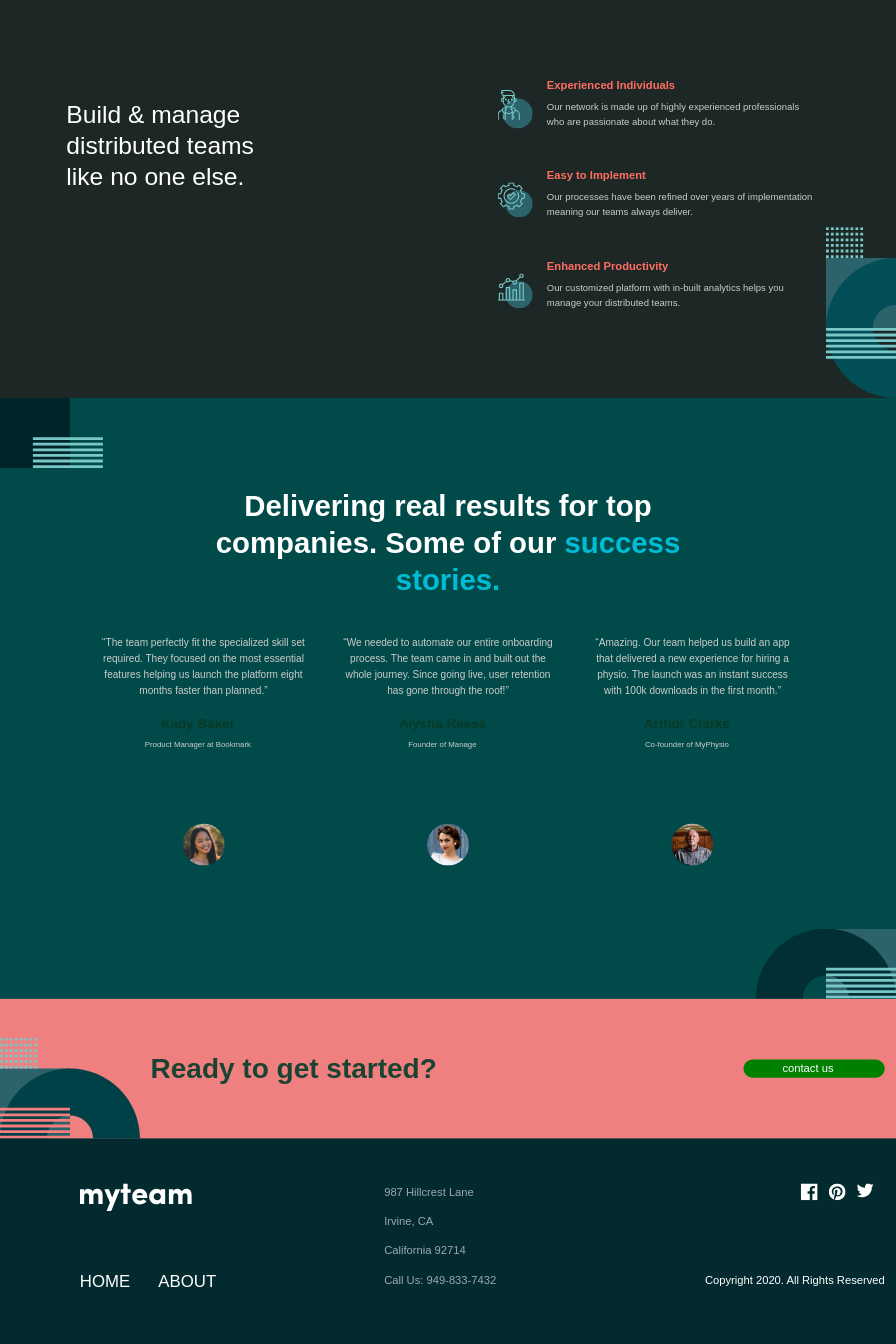
Repository: Gabriel221-dev/Project-page-main
Page: /
These files come from the project's save history. The page is drawn as it stood at one moment and after the next save; the edit follows.
The browser window is 1280 px wide. The pictures show the part of the page from y = 692 to 2612 px (the page is 2612 px tall), at 70% of full size.
The project was rebuilt for these pictures with package versions that can differ from the ones it lists, and the page was loaded fresh each time. Also part of the build but not shown: vite.config.js, src/pages/About.css, src/components/DirectorCard.css, src/components/DirectorCard.jsx, src/pages/About.jsx, src/pages/Contact.css, src/pages/Contact.jsx.

Above is the page before, as saved 2024-07-23 18:19:35.

### src/App.jsx
import { BrowserRouter as Router, Route, Routes } from "react-router-dom";
import Home from "./pages/Home";
import About from "./pages/About";
import Contact from "./pages/Contact";
import Header from "./components/Header";
import Footer from "./components/Footer";
import "./styles/global.css";

const App = () => {
  return (
    <Router>
      <Header />
      <main>
        <Routes>
          <Route path="/" element={<Home />} />
          <Route path="/about" element={<About />} />
          <Route path="/contact" element={<Contact />} />
        </Routes>
      </main>
      <Footer />
    </Router>
  );
};

export default App;

### src/components/Header.jsx
import { useState } from "react";
import { NavLink } from "react-router-dom";
import { FaBars } from "react-icons/fa";
import Sidebar from "./Sidebar";
import "./Header.css";
import { IconContext } from "react-icons";

const Header = () => {
  const [isSidebarToggled, setSidebarToggled] = useState(false);

  const handleToggle = () => {
    setSidebarToggled((prev) => !prev);
  };

  return (
    <>
      <IconContext.Provider value={{ color: "#fff" }}>
        <header className="header">
          <nav className="header__nav">
            <NavLink className="header__brand" to="/">
              <img
                className="header__logo"
                src="/Imagez/logo.svg"
                alt="Logo"
                loading="eager"
                width="160"
              />
            </NavLink>

            <ul className="header__navigation">
              <li className="header__link">
                <NavLink
                  className={({ isActive }) =>
                    isActive
                      ? "header__anchor header__anchor--active"
                      : "header__anchor"
                  }
                  to="/"
                >
                  home
                </NavLink>
              </li>
              <li className="header__link">
                <NavLink
                  className={({ isActive }) =>
                    isActive
                      ? "header__anchor header__anchor--active"
                      : "header__anchor"
                  }
                  to="/about"
                >
                  about
                </NavLink>
              </li>

              <NavLink className="header__btn" to="/contact">
                contact us
              </NavLink>
            </ul>

            <button
              className="header__menu"
              title="Toggle Menu"
              onClick={handleToggle}
            >
              <FaBars />
            </button>
          </nav>
          <Sidebar isOpen={isSidebarToggled} onToggle={handleToggle} />
        </header>
      </IconContext.Provider>
    </>
  );
};

export default Header;

### src/styles/global.css
/* Reset some default browser styles */
* {
    margin: 0;
    padding: 0;
    box-sizing: border-box;
  }

  body {
    font-family: 'Arial', sans-serif;
    line-height: 1.6;
    color: #333;
    background-color: #004953;
    margin: 0;
    padding: 0;
  }

  /* Headings */
  h1, h2, h3, h4, h5, h6 {
    margin-bottom: 1rem;
    line-height: 1.25;
  }

  h1 {
    font-size: 2.5rem;
  }

  h2 {
    font-size: 2rem;
  }

  h3 {
    font-size: 1.75rem;
  }

  h4 {
    font-size: 1.5rem;
  }

  h5 {
    font-size: 1.25rem;
  }

  h6 {
    font-size: 1rem;
  }

  /* Paragraphs */
  p {
    margin-bottom: 1rem;
  }

  /* Links */
  a {
    color: #007BFF;
    text-decoration: none;
  }

  a:hover {
    text-decoration: underline;
  }

  /* Images */
  img {
    max-width: 100%;
    height: auto;
  }

  /* Forms */
  input, textarea, button {
    font-family: inherit;
    font-size: inherit;
  }

  input, textarea {
    width: 100%;
    padding: 0.5rem;
    margin-bottom: 1rem;
    border: 1px solid #ccc;
    border-radius: 4px;
  }

  button {
    padding: 0.5rem 1rem;
    background-color: #007BFF;
    color: #fff;
    border: none;
    border-radius: 4px;
    cursor: pointer;
  }

  button:hover {
    background-color: #0056b3;
  }

  /* Utility Classes */
  .container {
    max-width: 1200px;
    margin: 0 auto;
    padding: 0 1rem;
  }

  .text-center {
    text-align: center;
  }

  .mt-1 {
    margin-top: 1rem;
  }

  .mb-1 {
    margin-bottom: 1rem;
  }

  .mt-2 {
    margin-top: 2rem;
  }

  .mb-2 {
    margin-bottom: 2rem;
  }

  .mt-3 {
    margin-top: 3rem;
  }

  .mb-3 {
    margin-bottom: 3rem;
  }

  .mt-4 {
    margin-top: 4rem;
  }

  .mb-4 {
    margin-bottom: 4rem;
  }

  .mt-5 {
    margin-top: 5rem;
  }

  .mb-5 {
    margin-bottom: 5rem;
  }

### src/components/ContactBanner.jsx
import { Link } from "react-router-dom";
import "./ContactBanner.css";

const ContactBanner = () => {
  return (
    <div className="banner">
      <div className="banner__content">
        <h1 className="banner__title">Ready to get started?</h1>
        <Link to="/contact" className="banner__btn">
          contact us
        </Link>
      </div>
    </div>
  );
};

export default ContactBanner;

### src/pages/Home.css
/* Variables */
:root {
    --midnight-green: #004d40;
    --light-coral: #ff6f61;
    --rapture-blue: #00bcd4;
    --deep-jungle-green: #002b22;
    --sacramento-state-green: #003b36;
  }

  /* Main styles */
  /* .home {
    padding: 10px;
  } */

  .find {

    display: flex;
    align-items: center;
    justify-content: center;
    padding: 50px 0;
    position: relative;
    background-image: url('/Imagez/bg-pattern-home-1.svg');
    background-repeat: no-repeat;
    background-position: left -100px top 56px;
  }

  @media only screen and (max-width: 768px) {
    .find {
      background-image: none;
    }
  }

  .find__content {
    display: flex;
    flex-direction: row;
    align-items: center;
    justify-content: center;
    text-align: left;
    color: white;
    background-image:url('/Imagez/bg-pattern-home-2.svg');
    background-repeat: no-repeat;
    background-position: right bottom ;
  }

  @media only screen and (max-width: 768px) {
    .find__content {
      flex-direction: column;
    }
  }

  .find__title {
    font-size: 6.8rem;
    margin-bottom: 4rem;
    padding-left: 2rem;
    padding-bottom: 3rem;
    flex: 1;
    max-width: 700px;
  }

  @media only screen and (max-width: 768px) {
    .find__title {
      text-align: center;
      margin: 0 auto;
      font-size: 2rem;
    }
  }

  .find__title--coral {
    color: var(--light-coral);
  }

  .find__description {
    font-size: 1rem;
    padding: 2rem 0.5rem;
    margin: 1rem 0.5rem;
    max-width: 420px;
    flex: 1;
  }

  @media only screen and (max-width: 768px) {
    .find__description {
      text-align: center;
      margin: 0 auto;
      font-size: 1rem;
    }
  }

  .build {
    background-color: #1c2726;
    padding: 50px 0;
    display: flex;
    height: 100%;
    align-items: center;
    justify-content: center;
    position: relative;
    background-image: url('/Imagez/bg-pattern-home-3.svg');
    background-repeat: no-repeat;
    background-position: right -100px bottom;
  }

  @media only screen and (max-width: 768px) {
    .build {
      background-position: right -100px top;
      flex-direction: column;
    }
  }

  .build__content {
    display: flex;
    flex-direction: row;
    align-items: flex-start;
    justify-content: space-between;
    max-width: 1200px;
    width: 100%;
    margin-top: 1rem;
    padding: 1.8rem;
  }

  @media only screen and (max-width: 768px) {
    .build__content {
      flex-direction: column;
    }
  }

  .build__title {
    font-size: 2.2rem;
    color: #fff;
    margin: 10px -24px;
    flex: 1;
    max-width: 420px;
    padding: 50px;
    text-align: left;
    font-weight: 200;
  }

  @media only screen and (max-width: 768px) {
    .build__title {
      margin-bottom: 20px;
      text-align: left;
      padding: 1rem;
      width: 250px;
      font-size: 2rem;
      text-align: left;
      justify-content: flex-start;
    }
  }

  .build__items {
    font-size: 0.5rem;
    display: flex;
    flex-direction: column;
    flex: 1;
    margin: 10px 50px;
    max-width: 450px;
  }

  @media only screen and (max-width: 768px) {
    .build__items {
      max-width: 100%;
    }
  }

  .build__item {
    display: flex;
    align-items: center;
    margin: 20px 0;
    text-align: left;
  }

  @media only screen and (max-width: 768px){
    .build__item{
      flex-direction: column;
      align-items: center;
    }
  }

  .build__icon {
    width: 50px;
    margin-right: 20px;

  }

  @media only screen and (max-width: 768px) {
    .build__icon {
      margin-bottom: 10px; /* Space between icon and text */
    }
  }

  .build__text h3 {
    font-size: 1rem;
    color: #ff6f61;
    font-weight: bold;
    margin-bottom: 10px;
  }

  @media screen and (max-width:768px){
    .build__text h3{
      padding: 1rem;
      font-size: 1rem;
      text-align: center;

    }
  }

  .build__text p {
    font-size: 0.85rem;
    color: #ccc;
    margin-top: 0;
  }

  @media screen and (max-width:768px){
    .build__text p{
      padding-bottom: .5rem;
      font-size: .8rem;
      width: 340px;
      text-align: center;
    }
  }

  .delivering {
    background-color: #004b49;
    padding: 50px 0px;
    position: relative;
    background-image:url(/Imagez/bg-pattern-home-4-about-3.svg), url(/Imagez/bg-pattern-home-5.svg);
    background-repeat: no-repeat;
    background-position: left top, right bottom;
    width: auto;
  }

  .delivering__content {
    text-align: center;
    max-width: 1000px;
    margin: 0 auto;
    grid-column: center-start / center-end;
    grid-row: 2 / 3;
    display: grid;
    grid-template-rows: 140px repeat(2, auto) 140px;
  }

  @media only screen and (max-width: 768px) {
    .delivering__content {
      grid-template-rows: 100px repeat(2, auto) 100px;
    }
  }

  .delivering__title {
    font-size: 41.9px;
    font-weight: bold;
    color: #fff;
    text-align: center;
    max-width: 49.5rem;
    height: 170px;
    margin-left: auto;
    margin-right: auto;
    margin-top: 79px;
    /* background-color:greenyellow; */
  }

  @media only screen and (max-width: 768px) {
    .delivering__title {
      margin-top: 4.8rem;
      font-size: 1.9rem;
      display: block;
      max-width: 550px;
      margin-bottom: 60px;
      padding: 1.5rem;
    }
  }

  .delivering__title--rapture-blue {
    color: var(--rapture-blue);
  }

  .delivering__quotes {
    justify-content: center;
    grid-row: 3 / 4;
    display: grid;
    grid-template-columns: repeat(3, 1fr);
    column-gap: 3rem;
    margin-top: 2rem;
    height: 350px;
    max-width: 1000px;
    margin-top: 8rem;
  }

  @media only screen and (max-width: 768px) {
    .delivering__quotes {
      grid-template-columns: 1fr;
      grid-template-rows: repeat(3, min-content);
      column-gap: 0;
      row-gap: 2.5rem;
      padding: 2.5rem;
      margin-top: 6.8rem;
    }
  }

  .delivering__quote {
    text-align: center;
    display: flex;
    flex-direction: column;
    justify-content: space-between;
    height: 100%;
        margin-left: auto;
    margin-right: auto;
  }

  .delivering__quote p {
    font-size: .9rem;
    color: #ccc;
    display: -webkit-box;
    -webkit-box-orient: vertical;
    -webkit-line-clamp: 4;
    overflow: hidden;
    text-overflow: ellipsis;
    margin-top: 20px;
  }

  .delivering__quote h3 {
    font-size: 1.2rem;
    color: #083a26;
    margin:-8rem 2rem -3rem 1rem;
  }

  .delivering__quotes .name__tag {
    font-size: .7rem;
    margin:-5rem 1rem -2rem 0rem;
  }

  .delivering__quote img {
    width: 60px;
    height: 60px;
    border-radius: 50%;
    align-self: center;
    margin: 0rem ;
  }


  @media only screen and (max-width: 768px) {
    .delivering__quotes {
      grid-template-columns: 1fr;
      grid-template-rows: repeat(3, min-content);
      column-gap: 0;
      row-gap: 2.5rem;
      padding: 2.5rem;
      height: auto
    }

    .delivering__quote {
      height: auto; /* Adjust height for smaller screens */
    }

    .delivering__quote p {
      -webkit-line-clamp: 3; /* Limits the text to 3 lines on smaller screens */
    }

    .delivering__quote h3, p{
      margin: .5rem;
    }

    .delivering__quote .name__tag{
      margin: -4px;
    }

    .delivering__quote img{
      margin: 15px;
    }
  }

### src/components/Sidebar.jsx
import PropTypes from "prop-types";
import { useNavigate } from "react-router-dom";
import { AiOutlineClose } from "react-icons/ai";
import "./Sidebar.css";
import { IconContext } from "react-icons";

const Sidebar = ({ isOpen, onToggle }) => {
  const navigate = useNavigate();

  const handleNavigate = (path) => {
    navigate(path);
    onToggle();
  };

  return (
    <IconContext.Provider value={{ color: "#fff" }}>
      <div className={`sidebar ${isOpen ? "sidebar--open" : ""}`}>
        <div className="sidebar__overlay" onClick={onToggle}></div>
        <div className="sidebar__content">
          <div className="sidebar__header">
            <button
              className="sidebar__close"
              title="Close Menu"
              onClick={onToggle}
            >
              <AiOutlineClose />
            </button>
          </div>

          <ul className="sidebar__navigation">
            <li className="sidebar__link">
              <button
                className="sidebar__anchor"
                onClick={() => handleNavigate("/")}
              >
                home
              </button>
            </li>
            <li className="sidebar__link">
              <button
                className="sidebar__anchor"
                onClick={() => handleNavigate("/about")}
              >
                about
              </button>
            </li>
          </ul>

          <button
            className="sidebar__btn"
            onClick={() => handleNavigate("/contact")}
          >
            contact us
          </button>
        </div>
      </div>
    </IconContext.Provider>
  );
};

Sidebar.propTypes = {
  isOpen: PropTypes.bool.isRequired,
  onToggle: PropTypes.func.isRequired,
};

export default Sidebar;

### src/components/Header.css
.header {
    background-color: #004953;
    height: 194px;
    display: flex;
    justify-content: space-between;
    align-items: center;
    padding: 1rem 7rem;
  }

  @media only screen and (max-width: 850px) {
    .header {
      height: 150px;
      /* background-color:red; */
      align-items:left;
    }
  }

  @media only screen and (max-width: 576px) {
    .header {
      height: 128px;
    }
  }

  .header__nav {
    /* display: flex;
    align-items: center;
    gap: 8rem; */
    grid-column: center-start / center-end;
    display: grid;
    grid-template-columns: max-content 1fr max-content;
    align-items: center;
    column-gap: 8rem;

    @media only screen and (max-width: 768px) {
      column-gap: 4rem;
    }

    @media only screen and (max-width: 576px) {
        grid-template-columns: repeat(2, 1fr);
        column-gap: 0;
    }
  }

  .header__logo {
    max-width: 158px;

    @media only screen and (max-width: 768px) {
      margin-right: 14rem;
      margin-left: -5rem;
    }
  }

  .header__navigation {
    list-style: none;
    display: flex;
    margin: 0;
    padding: 0;
    text-decoration: none;

    @media only screen and (max-width: 820px) {
      display: none;
    }
  }

  .header__link {
    margin-right: 4rem;
    text-decoration: none;
  }

  /* .header:last-child {
    margin-right: 0;
  } */

  .header__anchor {
    font-size: 1.3rem;
    text-decoration: none;
    color: #333;
    font-weight: bold;
  }

  .header__anchor:hover{
    text-decoration: none;
  }

  .header__anchor--active {
    color: #f08080;
}

  .header__btn {
    background-color: transparent;
    border: 2px solid #fff;
    border-radius:16px;
    color: #fff;
    padding: 0.5rem 1.5rem;
    margin-left: 16rem;
    text-decoration: none;
    display: inline-block;
    cursor: pointer;
    justify-self: end;

    @media only screen and (max-width: 820px) {
      display: none;
    }
  }

  .header__btn:hover{
    background-color:white;
    color:#004953;
    text-decoration: none;
    border-radius:16px;
    transform: scale(1.05);
    transition: transform 0.6s ease-in-out, border-bottom 0.6s ease;
  }

  .header__menu {
    display: none;

    @media only screen and (max-width: 820px) {
      display: flex;
      width: 50px;
      height: 28px;
      padding: .1rem;
      border: 0;
      outline: 0;
    }
  }

  .header__menu:hover{
    background:none;
  }

### src/components/ContactBanner.css
.banner {
    background-color: #f08080;
    height: 200px;
    display: grid;
    column-gap: 3rem;
    align-items: center;
    align-content: center;
    background-image:url(/Imagez/bg-pattern-home-6-about-5.svg);
    background-repeat: no-repeat;
    background-position: left bottom;

    @media only screen and (max-width: 768px) {
      height: 302px;
    }
  }

  .banner__content {
    grid-column: 2 / 10;
    display: grid;
    grid-template-columns: repeat(12, 1fr);
    align-items: center;
    grid-column: center-start / center-end;
    column-gap: 3rem;

    @media only screen and (max-width: 768px) {
      grid-template-rows: repeat(2, min-content);
      grid-template-columns: 1fr;
      column-gap: 0;
      row-gap: 2.4rem;
      text-align: center;
    }
  }

  .banner__title {
    color: #1b4332;
    margin: 1rem;
    grid-column:1 / 7;


    @media only screen and (max-width: 768px) {
      grid-column: 2 / 9;
    }

    @media only screen and (max-width: 480px) {
      grid-column: 1 / 2;
    }
  }

  .banner__btn {
    grid-column: 10 / -1;
    background-color: green;
    color: #ffffff;
    margin: 1rem;
    border-radius: 1rem;
    padding-left: 3.5rem;


    @media only screen and (max-width: 768px) {
        grid-column: 9 / -1;
      margin: auto;
      padding: .5rem;
    }
  }

  /* New styles for mobile layout */
  @media only screen and (max-width: 480px) {
    .banner__content {
      grid-template-columns: auto; /* Remove explicit row heights */
      text-align: center; /* Center align content on smaller screens */
    }

    .banner__title {
      grid-column: 1 / -1; /* Span across all columns */
      margin-bottom: 1rem; /* Add space between title and button */
    }
  }

### src/components/Sidebar.css
.sidebar {
    display: none;
    width: 100%;
    height: 100%;
    position: fixed;
    top: 0;
    left: 0;
    z-index: 100;
    transition: all 0.3s ease;
  }

  .sidebar--open {
    display: grid;
    grid-template-columns: 1fr min-content;
  }

  .sidebar__overlay {
    grid-column: 1 / -1;
    grid-row: 1 / 2;
    background-color: rgba(0, 0, 0, 0.5);
    transition: background-color 0.3s ease;

  }

  .sidebar__content {
    grid-column: 2 / 3;
    grid-row: 1 / 2;
    background-color: #194c4c;
    width: 250px;
    display: grid;
    grid-template-rows: 128px repeat(2, min-content);
    grid-template-columns: 48px 1fr 25px;
    transition: width 0.3s ease;
    background-image: url(/Imagez/bg-pattern-about-1-mobile-nav-1.svg);
    background-repeat: no-repeat;
    background-position: right -100px bottom;
    transition: width .4s ease;

  }

  .sidebar__header {
    grid-column: 2 / 3;
    justify-self: end;
    align-self: center;
  }

  .sidebar__close {
    background-color:#194c4c ;
    width: 30px;
    border: 0;
    outline: 0;
  }

  .sidebar__close:hover{
    background-color:#194c4c;
  }

  .sidebar__navigation {
    grid-column: 2 / 3;
    list-style: none;
    margin: 0;
    padding: 0;
  }

  .sidebar__link {
    margin-bottom: 2.4rem;
  }

  .sidebar__anchor {
    font-size: 1.1rem;
    color: #fff;
    background: transparent;
    border: none;
    text-decoration: none;
    cursor: pointer;
  }

  .sidebar__anchor:hover{
    background:none;
  }

  .sidebar__btn {
    grid-column: 2 / 3;
    background-color: transparent;
    border: 1px solid #fff;
    color: #fff;
    padding: 0.5rem 1rem;
    text-decoration: none;
    display: inline-block;
    cursor: pointer;
    width: 159px;
  }

  .sidebar__btn:hover{
    background:white;
    color:#194c4c;
    transform: scale(1.05);
    transition: transform 0.3s ease-in-out, border-bottom 0.6s ease;
  }

  .sidebar--open .sidebar__overlay {
    background-color: rgba(0, 0, 0, 0.5);
  }

  .sidebar--open .sidebar__content {
    width: 250px;
  }

  @media (max-width: 768px) {
    .header__menu {
      display: grid;
      background-color: transparent;
      width: 24px;
      border: 0;
      outline: 0;
      justify-self: end;
      align-self: center;
      margin-left: auto;
    }
  }

Loaded but not shown: index.html (common file); src/main.jsx (common file); src/pages/Home.jsx (120 lines, source omitted); src/components/Footer.jsx (89 lines, source omitted); src/components/Footer.css (209 lines, source omitted)

After the next save:
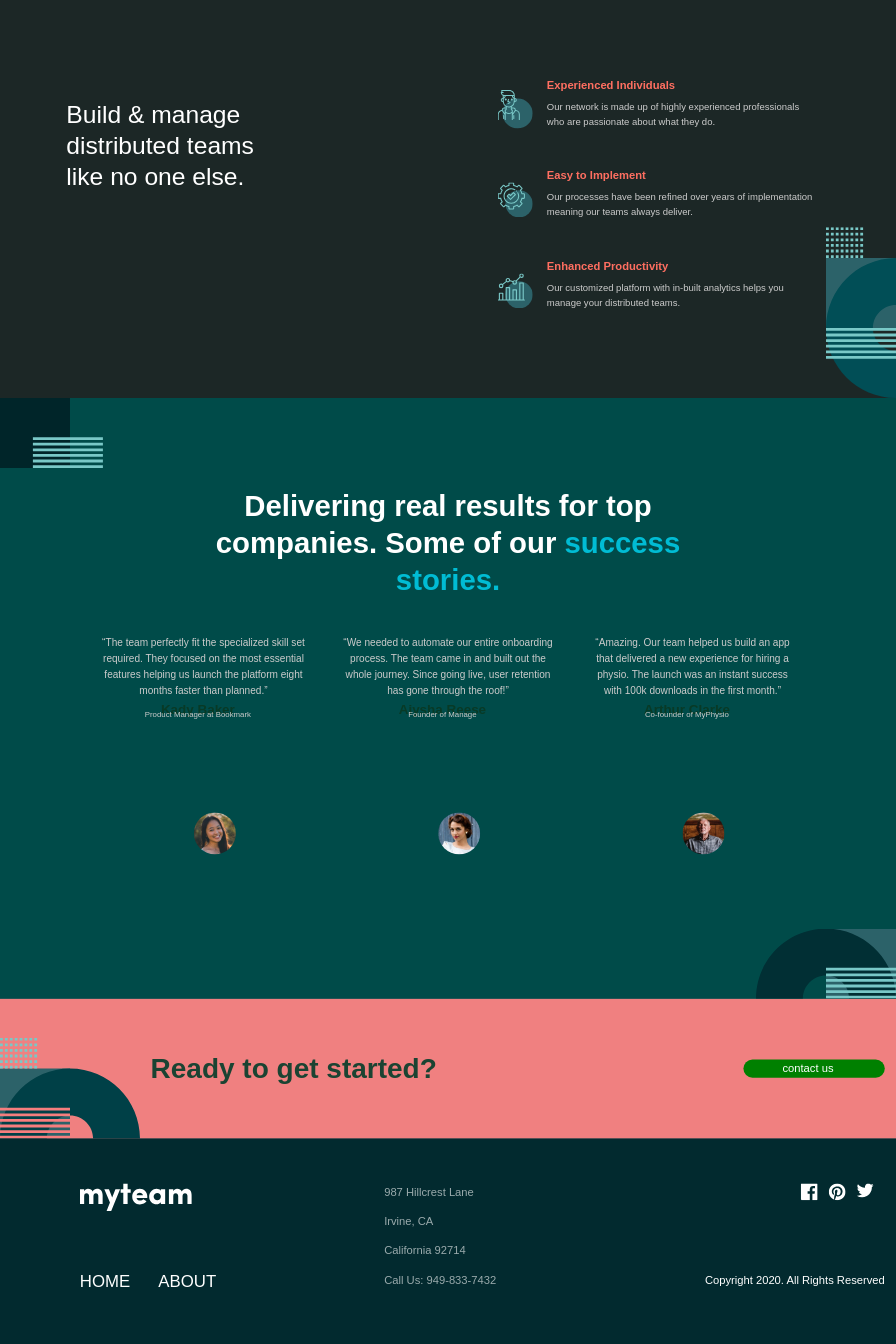
Saved 48 s later.
--- a/src/pages/Home.css
+++ b/src/pages/Home.css
@@ -331,7 +331,7 @@
     height: 60px;
     border-radius: 50%;
     align-self: center;
-    margin: 0rem ;
+    margin: 3rem 2rem 1rem 4rem ;
   }
 
 
